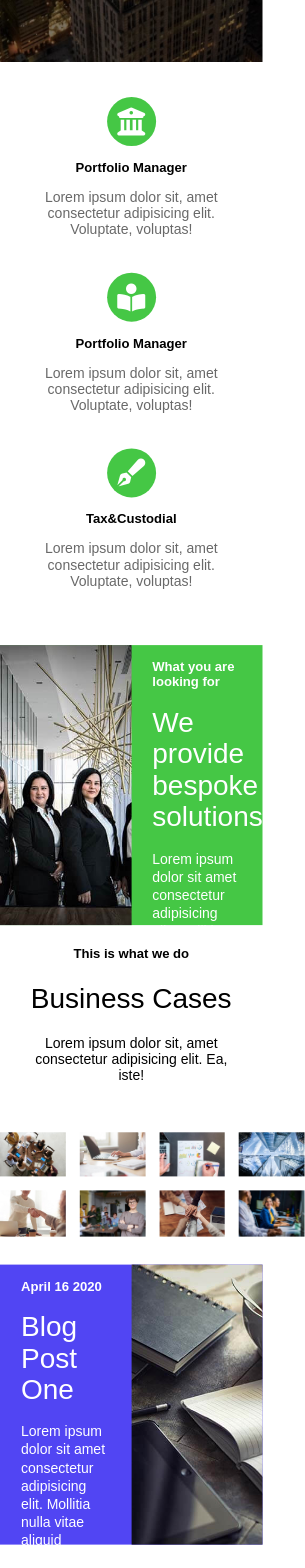
Repository: reemoon-ctrl/swiftdisk-Website-Flexbox
Page: index.html
An editor plug-in stored every save of this project. The page is shown before and after a run of saves, followed by the edit.
The browser window is 375 px wide. The page is 435 px wide, so the pictures cover 435 px, including what lies to the right of the window. The pictures show the part of the page from y = 712 to 2952 px (the page is 3916 px tall), at 70% of full size.
Some web fonts or font styles are not loaded; a fallback is used.

Above is the page before, as saved 2024-07-28 10:04:57.

### index.html
<!DOCTYPE html>
<html lang="en">
<head>
    <meta charset="UTF-8">
    <meta name="viewport" content="width=device-width, initial-scale=1.0">
    <title>
        Swift Desk
    </title>
    <link rel="stylesheet" href="https://cdnjs.cloudflare.com/ajax/libs/pretendard-gov/1.3.9/variable/pretendardvariable-gov.css" integrity="sha512-8+hQBaMPOtCpDlrIo2m0mrtjxkbHDG7Qn6+ftvl8QmG21EGNQTP8Qi76h2VgHyol77soXLVZuuZDX953JC10hw==" crossorigin="anonymous" referrerpolicy="no-referrer" />
    <link rel="stylesheet" href="https://cdnjs.cloudflare.com/ajax/libs/font-awesome/6.0.0-beta3/css/all.min.css">

    <link rel="stylesheet" href="index.css">
    <link rel="stylesheet" href="media.css">
</head>
<body>
    <div class="show-case">
        <header>
            <div class="nav-bar">
                <div class="title-bar">
                    <i class="fas fa-desktop fa-2x" style="color: rgb(37, 187, 37)"></i>
                    <h1 class="title"><span class="fword"> Swift</span>Desk</h1>
                </div>
                <div class="link-bar">
                    <a href="index.html">Home</a>
                    <a href="#about">About</a>
                    <a href="#cases">Cases</a>
                    <a href="#blog">Blog</a>
                    <a href="#contact">Contact</a>
                </div>
            </div>
        </header>
        <header class="hd-content">
            <h1>The Sky Is The Limit</h1>
            <p>We provide world class financial assistance
            </p>
            <a href=""><i class="fas fa-chevron-right "></i> Read More</a>

        </header>

    </div>
    <main>
        <div class="about-section">
            <ul id="about"class="about-srvice" >
                <li><i class="fas fa-university " ></i>
                    <h3>Portfolio Manager</h3>
                    <p>Lorem ipsum dolor sit, amet consectetur
                         adipisicing elit. Voluptate, voluptas!</p>
                </li>
                <li><i class="fas fa-book-open-reader " ></i>
                    <h3>Portfolio Manager</h3>
                    <p>Lorem ipsum dolor sit, amet consectetur
                         adipisicing elit. Voluptate, voluptas!</p></li>
                <li><i class="fas fa-pen-fancy " ></i>
                    <h3>Tax&Custodial</h3>
                    <p>Lorem ipsum dolor sit, amet consectetur
                         adipisicing elit. Voluptate, voluptas!</p></li>
            </ul>
        </div>
        <div>
            <div class="solutions">
                <div class="img"></div>
                <div class="solution-content">
                    <h3>What you are looking for</h3>
                    <h2>We provide bespoke solutions</h2>
                    <p>Lorem ipsum dolor sit amet consectetur
                        adipisicing elit. Mollitia nulla vitae aliquid voluptates placeat! Rem voluptatibus odit error labore! Nostrum, fuga tenetur. Doloribus, voluptas! Sed
                        fugiat explicabo perspiciatis velit ad?</p>
                    <a href="index.html">Read More</a>
                 </div>
            </div>
        </div>
        <div class="Business-case" id="cases">
            <div class="Business-case-content">
                <h3>This is what we do</h3>
                <h2>Business Cases</h2>
                <p>Lorem ipsum dolor sit, amet consectetur
                     adipisicing elit. Ea, iste!</p>
            </div>
            <div class="BC-image">
                <img class="BCimg BCimg1" src="/img/cases/cases1.jpg" alt="">
                <img  class="BCimg BCimg2" src="/img/cases/cases2.jpg" alt="">
                <img class="BCimg BCimg3" src="/img/cases/cases3.jpg" alt="">
                <img class="BCimg BCimg4" src="/img/cases/cases4.jpg" alt="">
                <img class="BCimg BCimg5" src="/img/cases/cases5.jpg" alt="">
                <img class="BCimg BCimg6" src="/img/cases/cases6.jpg" alt="">
                <img class="BCimg BCimg7" src="/img/cases/cases7.jpg" alt="">
                <img class="BCimg BCimg8" src="/img/cases/cases8.jpg" alt="">
            </div>
        </div>

        <div>
            <div class="blog" id="blog">
                <div class="img"></div>
                <div class="blog-content">
                    <h3>April 16 2020</h3>
                    <h2>Blog Post One</h2>
                    <p>Lorem ipsum dolor sit amet consectetur
                        adipisicing elit. Mollitia nulla vitae aliquid voluptates placeat! Rem voluptatibus odit error labore! Nostrum, fuga tenetur. Doloribus, voluptas! Sed
                        fugiat explicabo perspiciatis velit ad?</p>
                    <a href="blog.html">Read Our Blog</a>
                 </div>
            </div>
        </div>
        <div class="Business-case">
            <div class="Business-case-content">
                <h3>Who we are</h3>
                <h2>Our Professional Team</h2>
                <p>Lorem ipsum dolor sit, amet consectetur
                     adipisicing elit. Ea, iste!</p>
            </div>
            <div class="our-team">
                <ul class="team-image">
                    <li><img  class="tmimg tm-img1" src="/img/team/person1.jpg" alt=""><h4>John Doe</h4><p>President</p></li>
                    <li><img  class="tmimg tm-img2" src="/img/team/person2.jpg" alt=""><h4>Jane Doe</h4><p>Vice President</p></li>
                    <li><img class="tmimg tm-img3" src="/img/team/person3.jpg" alt=""><h4>Steve Smith</h4><p>Marketing Head</p></li>
                </ul>
            </div>
        </div>
        <div>
            <div class="request" id="contact">
                <div class="img"></div>
                <div class="form-content">
                    <h2>Request Callback</h2>
                    <form class="requwst-form"action="">
                        <input type="text" name="name" id="name" placeholder="enter name">
                        <input type="email" name="Email" id="Email" placeholder="enter email">
                        <input type="tel" name="phone" id="phone" placeholder="enter  phone number">
                        <input type="submit" value="Send" id="submit">
                    </form>


                 </div>

            </div>
        </div>

    </main>
    <footer>
        <ul class="footer-icon">
            <li><a href=""><i class="fa-brands fa-facebook"></i></a></li>
            <li><a href=""><i class="fa-brands fa-twitter"></i></a></li>
            <li><a href=""><i class="fa-brands fa-linkedin"></i></a></li>
            <li><a href=""><i class="fa-brands fa-youtube"></i></a></li>
        </ul>
        <p>copyright &copy; 2020-SwiftDesk</p>
    </footer>



</body>
</html>

### index.css
@import url('https://fonts.googleapis.com/css2?family=Open+Sans:ital,wght@0,300..800;1,300..800&family=Poppins:ital,wght@0,100;0,200;0,300;0,400;0,500;0,600;0,700;0,800;0,900;1,100;1,200;1,300;1,400;1,500;1,600;1,700;1,800;1,900&display=swap');


*{
    box-sizing: border-box;
    margin: 0;
    padding: 0;
}

body{
    font-family: 'Open Sans ', sans-serif;
}
h1,h2{
    font-weight: 300;
}
.nav-bar{
    display: flex;
    justify-content:space-between ;
    padding: 20px 20px;
    color:#fff;
    background-color: #333333cd;
    position: fixed;
    top: 0px;
    height:70px;
    width:100vw;
}
.title-bar{
    align-items: center;
    flex-grow: 1;
    display: flex;
    gap:.5rem;


}
.title-bar h1{
    display:inline-block;
    font-size:2.5rem;
    font-weight: 400;
}

.link-bar{

    /* flex-grow:1 ; */
    align-self: center;
    display: flex;
}
.link-bar a{
    padding: 23.5px 20px;
    color:#fff;
    text-decoration: none;


}
.link-bar a:hover{
    border-bottom: 2px #25bb25 solid;
}
.fword{
    color:#25bb25;
}
.show-case{
   height:100vh;
   text-align: center;
   color:#fff;
   position: relative;
   background:  url('img/home/showcase.jpg') no-repeat center center/cover;
}
.show-case *{
    z-index: 10;
}
.show-case::before{
    content:'';
    position: absolute;
    background: hsla(0%, 0%, 0%, 0.5);
    left: 0;
    top:0;
    width: 100%;
    height:100%;
}
.hd-content{
    padding-top: 18rem;
}
.hd-content h1{
    font-size: 3rem;
}
.hd-content p{
    font-size: 1.5rem;
    padding-top: .8rem;
    padding-bottom: .8rem;
}
.hd-content a{
    color: #fff;
    background:#45c745 ;
    padding: 10px 30px;
    border-radius: 5px;
    text-decoration: none;
    text-align: center;
    display: inline-block;
}
.about-section ul{
    display: flex;
    list-style: none;
    gap: 20px;

}
.about-srvice{
    padding: 50px ;
}
.about-srvice li{
    text-align: center;
}
.about-srvice li i{
    background-color: rgb(69, 199, 69);
    color:#fff;
    width:70px;
    height: 70px;
    border-radius: 70px;
    font-size: 40px;
    padding-top:15px ;


}
.about-srvice li h3{
    padding-top: 20px;
}
.about-srvice li p{
    padding-top: 20px;
    padding-bottom: 30px;
    font-size: 20px;
    color: dimgrey;
}

.solutions{
    display:flex;
    background: #45c745;

}
.solutions .img{
    width:50%;
    background: url('/img/home/people.jpg') center center/cover no-repeat;

}
.solution-content{
    color:#fff;
    padding:20px 30px;
    height:25rem;
    width: 50%;
}
.solution-content h2{
    font-size: 40px;
    font-weight: 500;
    padding: 1.5rem 0px;
}
.solution-content p{
    font-size: 20px;
    line-height: 1.3;
    margin-bottom: 20px;
}
.solution-content a{
    padding: 10px 40px;
    border: 1px solid;
    color:#fff;
    text-decoration: none;
    border-radius: 5px;
    font-size: 18px;

}
.Business-case{
    width: 100vw;
}
.Business-case-content{
    text-align: center;
    padding-left: 30px;
    padding-right: 30px;
}
.Business-case-content h3{
    padding: 30px 0px;
}
.Business-case-content h2{
   padding-bottom: 30px;
    font-size: 40px;
    font-weight: 500;
}
.Business-case-content p{
    padding-bottom: 30px;
    font-size: 20px;
}
.BC-image{
    display: grid;
    grid-template-columns:25% 25% 25% 25%;
   gap: 20px;
   padding: 40px 0px;
}
.BCimg{
    width: 100%;
    height:100%;
    object-fit: cover;


}
.BCimg:hover{
    opacity: 0.7;
}
/* //////////////////////////////////// */
.blog{
    display:flex;
    background: #5145f3;
    flex-direction: row-reverse;

}
.img{
    width:50%;
    background: url('/img/home/blog.jpg') center center/cover no-repeat;

}
.blog-content{
    color:#fff;
    padding:20px 30px;
}
.blog-content{
    height:25rem;
    width: 50%;
}
.blog-content h2{
    font-size: 40px;
    font-weight: 500;
    padding: 1.5rem 0px;
}
.blog-content p{
    font-size: 20px;
    line-height: 1.3;
    margin-bottom: 20px;
}
.blog-content a{
    padding: 10px 40px;
    border: 1px solid;
    color:#fff;
    text-decoration: none;
    border-radius: 5px;
    font-size: 18px;

}
.our-team{
    padding-bottom: 40px;
}
.team-image{
    display: flex;
    justify-content: space-around;
    width: 100vw;
    list-style: none;
    text-align: center;

}
.team-image li h4{
    padding: 15px;
}
.tmimg{
    width: 90%;
    height:70%;
    border-radius: 70%;

}
.request{
    display: flex;
    background-color: #f4f4f4;
}
.request .img{
    background: url(/img/home/contact.jpg);
}
.form-content{
    color:#333;
    padding:20px 30px;
    height:25rem;
    width: 50%;
}
.form-content h2{
    color:#333;
    font-size: 40px;
    font-weight: 500;
    padding: 1.5rem 0px;
    font-weight:lighter;
}
.requwst-form{
    display: flex;
    flex-direction: column;
    gap :20px;

}
.requwst-form input{
border: #ddd;
color: #333;
font-size: 15px;
padding: 10px;
}
.requwst-form input:focus{
    outline-color:#25bb25 ;
}
.requwst-form input[type=submit]{
    background: #25bb25;
    color:#fff;
    cursor: pointer;
    border-radius: 5px;


}
.requwst-form input[type=submit]:hover{
    background-color: #6de66d;

}
footer{
    background: #333;
    padding: 20px ;
}
.footer-icon{
    display: flex;
    align-items: center;
    justify-content: center;
    gap:25px;
}
.footer-icon li{
    list-style: none;
}
.footer-icon li a{
    color: #fff;
    font-size: 30px;
}
.footer-icon li a:hover{
    color: #45c745;
}

footer p{
    text-align: center;
    color: #fff;
    padding-top: 20px;

}
/* //////////blog page//////////////// */
#blog-case{
    height:fit-content;
    text-align: center;
    color:#fff;
    background:  url('img/home/blog.jpg') no-repeat center center/cover ;
 }
.blog-h1{
    font-size: 70px;
    font-weight: 400;
    padding-bottom: 50px;

 }
 .blog-light{
    display:flex;
    background: #fff;
    flex-direction: row-reverse;

}
.img-light{
    width:50%;
    background: url('/img/blog/blog1.jpg') center center/cover no-repeat;

}
.blog-content-light{
    color:#333;
    padding:20px 30px;
    height:25rem;
    width: 50%;
}
.blog-content-light h2{
    font-size: 40px;
    font-weight: 500;
    padding: .4rem 0px;
}
.blog-content-light h3{
    padding-bottom: 1.7rem;
}
.blog-content-light p{
    font-size: 20px;
    line-height: 1.3;
    margin-bottom: 20px;
}
.blog-content-light a{
    padding: 10px 30px;
    border: 1px solid;
    color:#fff;
    background-color: #333;
    text-decoration: none;
    border-radius: 5px;
    font-size: 18px;

}
.blog-dark{
    display:flex;
    background: #333;
    flex-direction: row-reverse;

}
.img-dark{
    width:50%;
    background: url('/img/blog/blog2.jpg') center center/cover no-repeat;

}
.blog-content-dark{
    color:#fff;
    padding:20px 30px;
    height:25rem;
    width: 50%;
}
.blog-content-dark h2{
    font-size: 40px;
    font-weight: 500;
    padding: .4rem 0px;
}
.blog-content-dark h3{
    padding-bottom: 1.7rem;
    font-weight:normal;
}
.blog-content-dark p{
    font-size: 20px;
    line-height: 1.3;
    margin-bottom: 20px;
}
.blog-content-dark a{
    padding: 10px 30px;
    border: 1px solid;
    color:#333;
    background-color: #fff;
    text-decoration: none;
    border-radius: 5px;
    font-size: 18px;

}
.last-blog .img-light{
    width:50%;
    background: url('/img/blog/blog3.jpg') center center/cover no-repeat;

}
.author{
    font-weight: 700;
}

### media.css
@media screen and (max-width:500px){
    .nav-bar{
        flex-direction: column;
        height:140px;
        justify-content: center;
        align-items: center;

    }
    .hd-content{
        padding-top: 15rem;
    }
    .hd-content h1{
        font-size: 1.5rem;
    }
    .hd-content p{
        font-size: .7rem;
        padding-top: .8rem;
        padding-bottom: .8rem;
    }
    .about-section ul{
        flex-direction: column;
    }
    .solutions

}

After the next 3 saves:
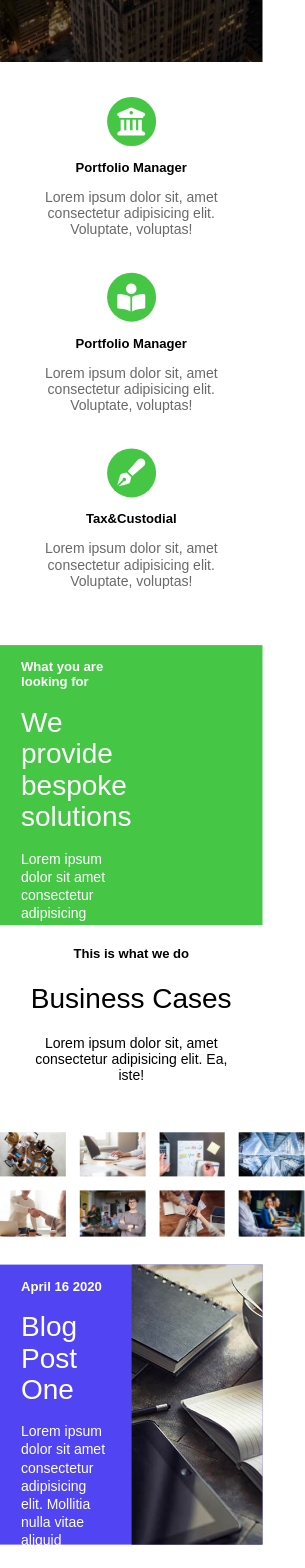
The 3 saves are shown as one change because they came seconds apart.
The last was saved 6 s later.
--- a/media.css
+++ b/media.css
@@ -20,6 +20,8 @@
     .about-section ul{
         flex-direction: column;
     }
-    .solutions
+    .solutions{
+        flex-direction: column;
+    }
 
 }
